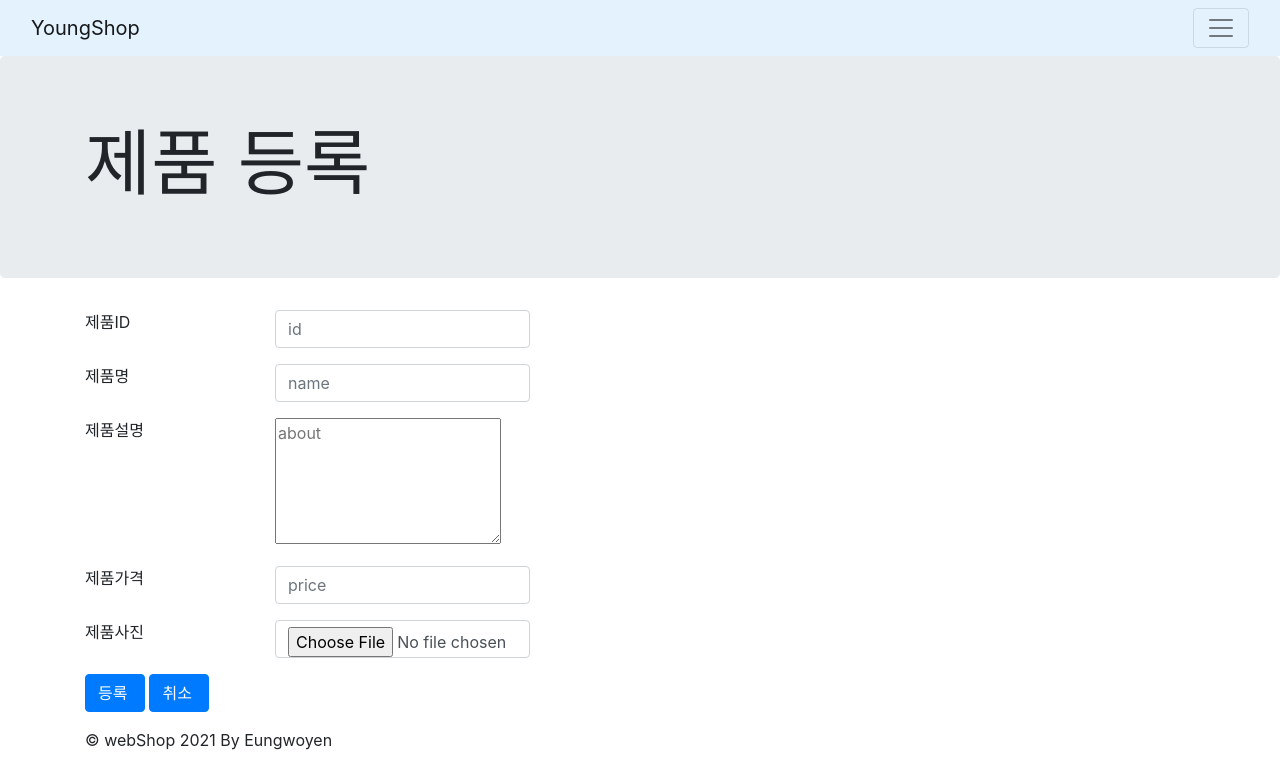
Repository: khss4008/JSP_project
Page: http://localhost/Webshop2/product/addProduct.jsp
An editor plug-in stored every save of this project. The page is shown before and after the next save, followed by the edit.
The browser window is 1280 px wide. The pictures show the whole page.
The page is served by Tomcat 9. Other server files are loaded and not shown.

Above is the page before, as saved 2021-11-05 00:10:43.
Console error: TypeError: Cannot read properties of undefined (reading 'fn')

### Webshop2/WebContent/product/addProduct.jsp
<%@ page language="java" contentType="text/html; charset=UTF-8"
    pageEncoding="UTF-8"%>
<!DOCTYPE html>
<html>
<head>
<meta charset="UTF-8">
<title>제품 등록</title>
</head>
<body>
   <jsp:include page="/header.jsp" />
   <div class="jumbotron">
      <div class="container">
         <h1 class="display-3">제품 등록</h1>
      </div>
   </div>

   <div class="container">
      <form name="newProduct" class="form-horizontal"  action="addCheck.jsp" method="post" onsubmit="return checkForm()">
         <div class="form-group  row">
            <label class="col-sm-2 ">제품ID</label>
            <div class="col-sm-3">
               <input name="id" type="text" class="form-control" placeholder="id" >
            </div>
         </div>


         <div class="form-group  row">
            <label class="col-sm-2">제품명</label>
            <div class="col-sm-3">
               <input name="name" type="text" class="form-control" placeholder="name" >
            </div>
         </div>

          <div class="form-group  row">
            <label class="col-sm-2">제품설명</label>
            <div class="col-sm-3">
               <textarea name = description rows = "5" cols = "20" placeholder = "about"></textarea>
            </div>
         </div>

           <div class="form-group  row">
            <label class="col-sm-2">제품가격</label>
            <div class="col-sm-3">
               <input name="price" type="text" class="form-control" placeholder="price" >
            </div>
         </div>

          <div class="form-group  row">
            <label class="col-sm-2">제품사진</label>
            <div class="col-sm-3">
               <input name="filename" type="file" class="form-control">
            </div>
         </div>

        <div class="form-group  row">
            <div class="col-sm-offset-2 col-sm-10 ">
               <input type="submit" class="btn btn-primary " value="등록 " >
               <input type="reset" class="btn btn-primary " value="취소 " onclick="reset()" >
            </div>
         </div>


      </form>
   </div>

<%@ include file = "/footer.jsp" %>
</body>
</html>

### Webshop2/WebContent/footer.jsp
<footer class = "container">
	<p>&copy; webShop 2021 By Eungwoyen
</footer>

### Webshop2/WebContent/header.jsp
<%@ page language="java" contentType="text/html; charset=UTF-8"
    pageEncoding="UTF-8"%>

<link rel="stylesheet" href="https://stackpath.bootstrapcdn.com/bootstrap/4.3.1/css/bootstrap.min.css" integrity="sha384-ggOyR0iXCbMQv3Xipma34MD+dH/1fQ784/j6cY/iJTQUOhcWr7x9JvoRxT2MZw1T" crossorigin="anonymous">
<script src="https://stackpath.bootstrapcdn.com/bootstrap/4.3.1/js/bootstrap.min.js" integrity="sha384-JjSmVgyd0p3pXB1rRibZUAYoIIy6OrQ6VrjIEaFf/nJGzIxFDsf4x0xIM+B07jRM" crossorigin="anonymous"></script>


<nav class="navbar navbar-light" style="background-color: #e3f2fd;">
  <div class="container-fluid">
    <a class="navbar-brand" href="/">YoungShop</a>
    <button class="navbar-toggler" type="button" data-bs-toggle="collapse" data-bs-target="#navbarNavDropdown" aria-controls="navbarNavDropdown" aria-expanded="false" aria-label="Toggle navigation">
      <span class="navbar-toggler-icon"></span>
    </button>
    <div class="collapse navbar-collapse" id="navbarNavDropdown">
      <ul class="navbar-nav">
        <li class="nav-item dropdown">
          <a class="nav-link dropdown-toggle" href="#" id="navbarDropdownMenuLink" role="button" data-bs-toggle="dropdown" aria-expanded="false">
            	게시판
          </a>
          <ul class="dropdown-menu" aria-labelledby="navbarDropdownMenuLink">
            <li><a class="dropdown-item" href="/product/products.jsp">제품목록</a></li>
            <li><a class="dropdown-item" href="#">장바구니</a></li>
          </ul>
        </li>

        <li class="nav-item dropdown">
          <a class="nav-link dropdown-toggle" href="#" id="navbarDropdownMenuLink" role="button" data-bs-toggle="dropdown" aria-expanded="false">
            	회원관리
          </a>
          <ul class="dropdown-menu" aria-labelledby="navbarDropdownMenuLink">
            <li><a class="dropdown-item" href="/member/loginMember.jsp">로그인</a></li>
            <li><a class="dropdown-item" href="#">로그아웃</a></li>
            <li><a class="dropdown-item" href="/member/joinMember.jsp">회원가입</a></li>
            <li><a class="dropdown-item" href="#">회원탈퇴</a></li>
          </ul>
        </li>

        <li class="nav-item dropdown">
          <a class="nav-link dropdown-toggle" href="#" id="navbarDropdownMenuLink" role="button" data-bs-toggle="dropdown" aria-expanded="false">
            	관리자
          </a>
          <ul class="dropdown-menu" aria-labelledby="navbarDropdownMenuLink">
            <li><a class="dropdown-item" href="/product.addProduct.jsp">제품등록</a></li>
            <li><a class="dropdown-item" href="/member/listMember.jsp">회원관리</a></li>

          </ul>
        </li>

      </ul>
    </div>
  </div>
</nav>

<script src="https://cdn.jsdelivr.net/npm/bootstrap@5.1.3/dist/js/bootstrap.bundle.min.js" integrity="sha384-ka7Sk0Gln4gmtz2MlQnikT1wXgYsOg+OMhuP+IlRH9sENBO0LRn5q+8nbTov4+1p" crossorigin="anonymous"></script>

After the next save:
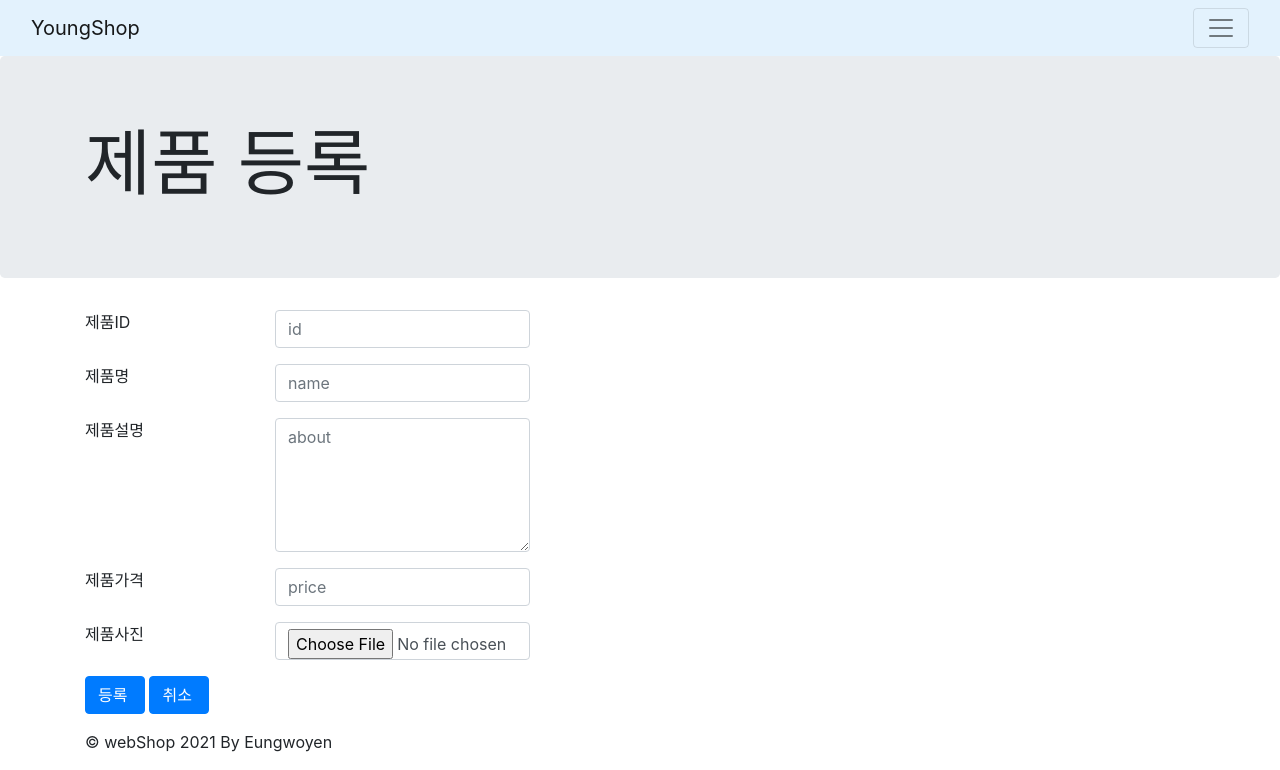
Saved 35 s later.
--- a/Webshop2/WebContent/product/addProduct.jsp
+++ b/Webshop2/WebContent/product/addProduct.jsp
@@ -34,7 +34,7 @@
           <div class="form-group  row">
             <label class="col-sm-2">제품설명</label>
             <div class="col-sm-3">
-               <textarea name = description rows = "5" cols = "20" placeholder = "about"></textarea>
+               <textarea name = description rows = "5" cols = "20" class="form-control" placeholder = "about"></textarea>
             </div>
          </div>
 
